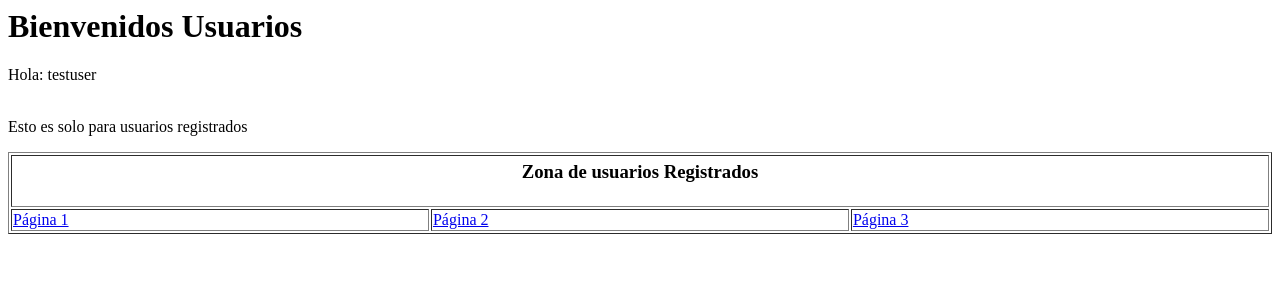
Repository: dasafo/PHP_MySQL_curso
Page: http://localhost/UsuariosRegistrados1.php
These files come from the project's save history. The page is drawn as it stood at one moment and after the next save; the edit follows.
The browser window is 1280 px wide. The pictures show the whole page.
The page is run by PHP 8.4 with error messages shown; the project is at /var/www/html/. The session is filled in as if someone had signed in: {"usuario": "testuser"}.

Above is the page before, as saved 2018-11-09 17:45:22.

After the next save:
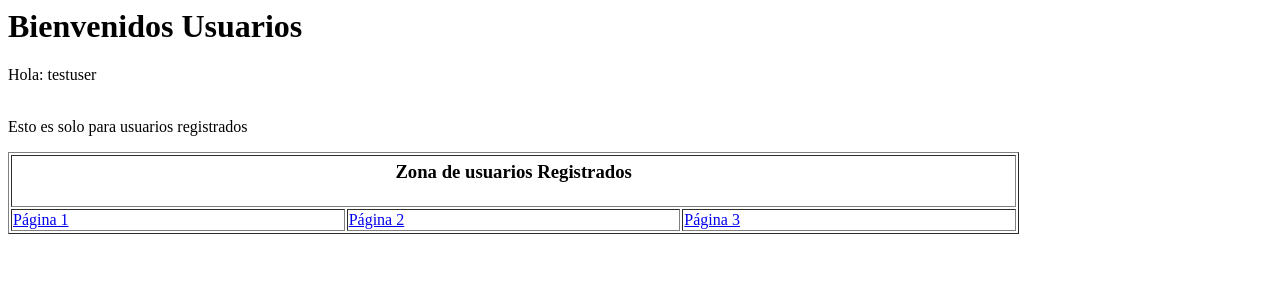
Saved 19 s later.
--- a/SistemaLogin_39/UsuariosRegistrados1.php
+++ b/SistemaLogin_39/UsuariosRegistrados1.php
@@ -30,7 +30,7 @@
 
 
 
-   <table style="width: 100%;" border="1">
+   <table style="width: 80%;" border="1">
       <tbody>
         <tr align="center">
           <td rowspan="1" colspan="3" style="height: 52px;">
